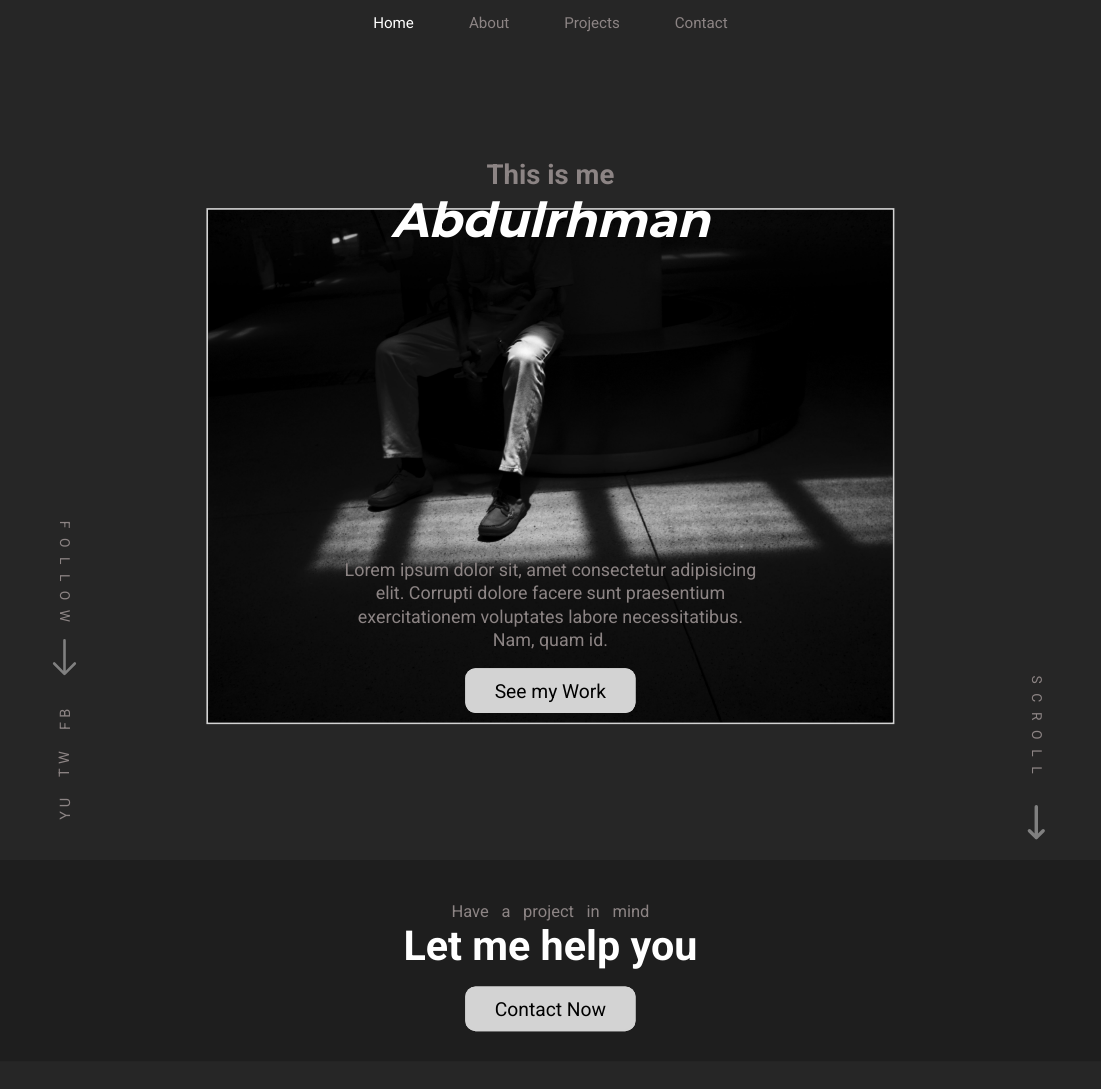
Repository: Abdoulrhman-altyeb/React-Typescript
Page: /
These files come from the project's save history. The page is drawn as it stood at one moment and after the next save; the edit follows.
The browser window is 1280 px wide. The pictures show the whole page, at 86% of full size.
The project was rebuilt for these pictures with package versions that can differ from the ones it lists, and the page was loaded fresh each time. Also part of the build but not shown: src/Pages/Contact.tsx, src/Pages/About.tsx, src/Pages/Projects.tsx.

Above is the page before, as saved 2021-05-18 16:12:41.

After the next save:
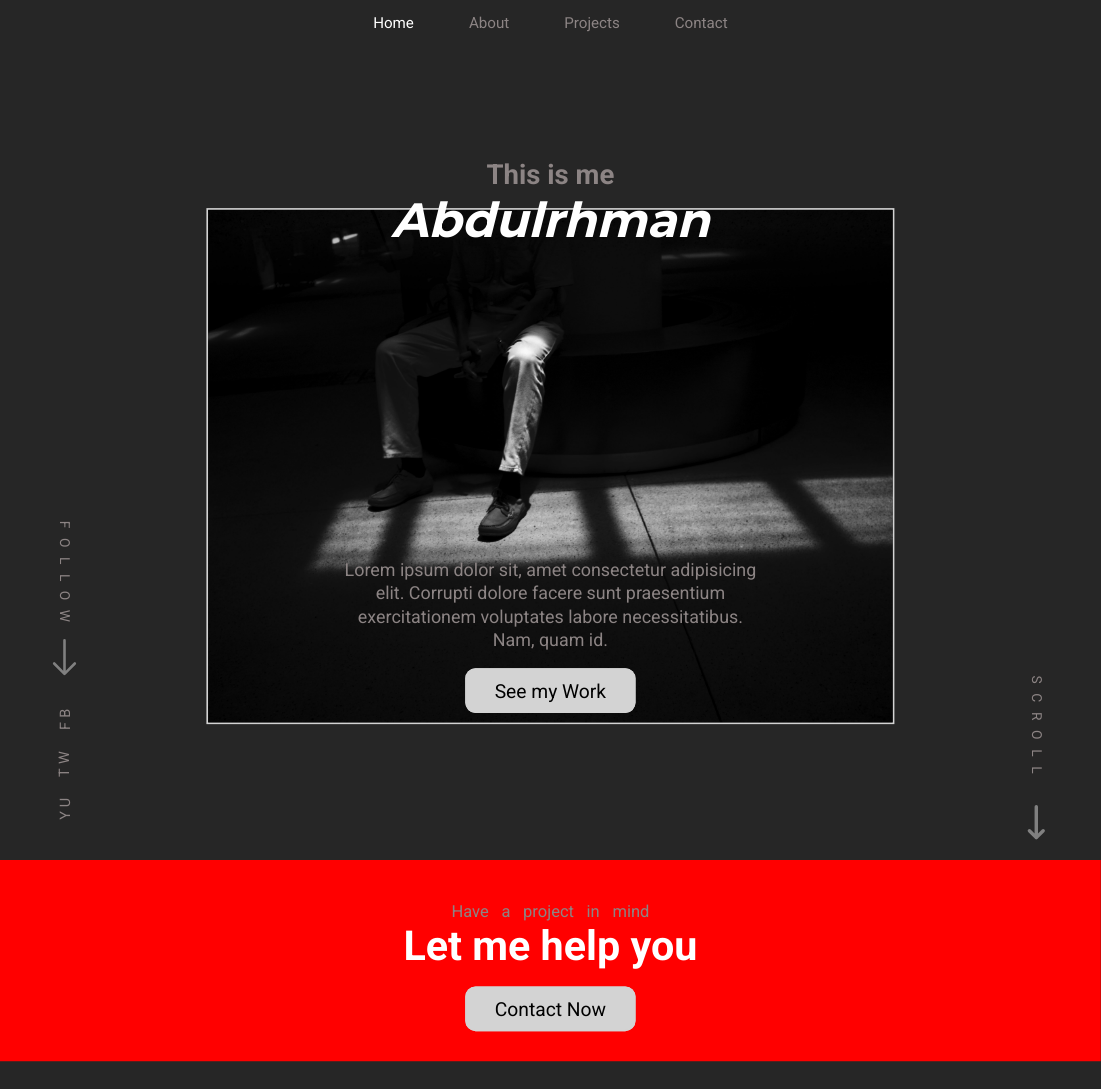
Saved 9 s later.
--- a/src/components/ContactButton.tsx
+++ b/src/components/ContactButton.tsx
@@ -16,8 +16,9 @@
 
 const STYLEDIV = styled.div`
     width:100%;
-    background:#1E1E1E;
+    background:red;
     margin-bottom:2rem;
+
     .container {
         max-width:1200px;
         margin:0 auto;

After the save that followed:
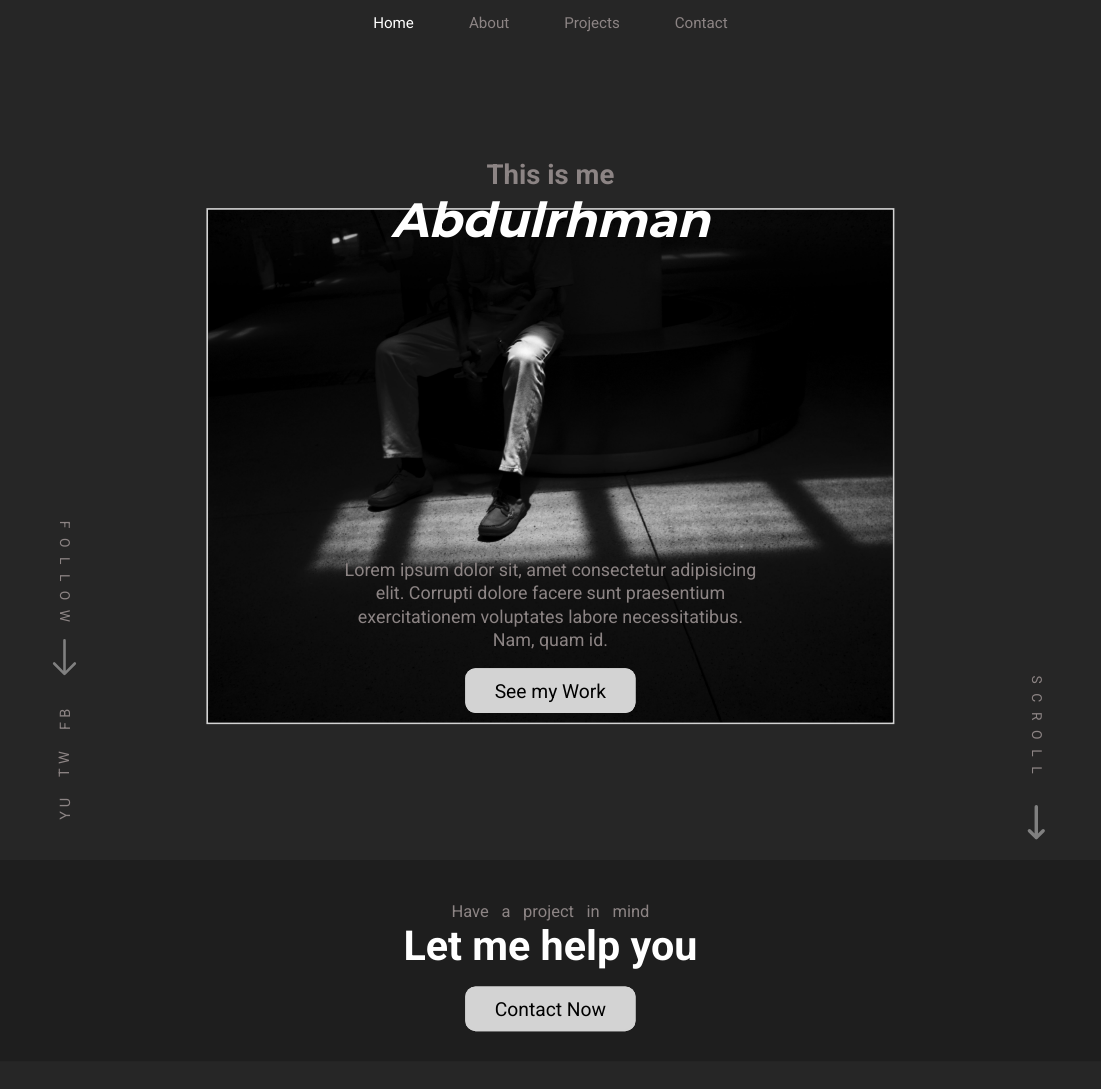
Saved 4 s later.
--- a/src/components/ContactButton.tsx
+++ b/src/components/ContactButton.tsx
@@ -16,7 +16,7 @@
 
 const STYLEDIV = styled.div`
     width:100%;
-    background:red;
+    background:#1E1E1E;
     margin-bottom:2rem;
 
     .container {
